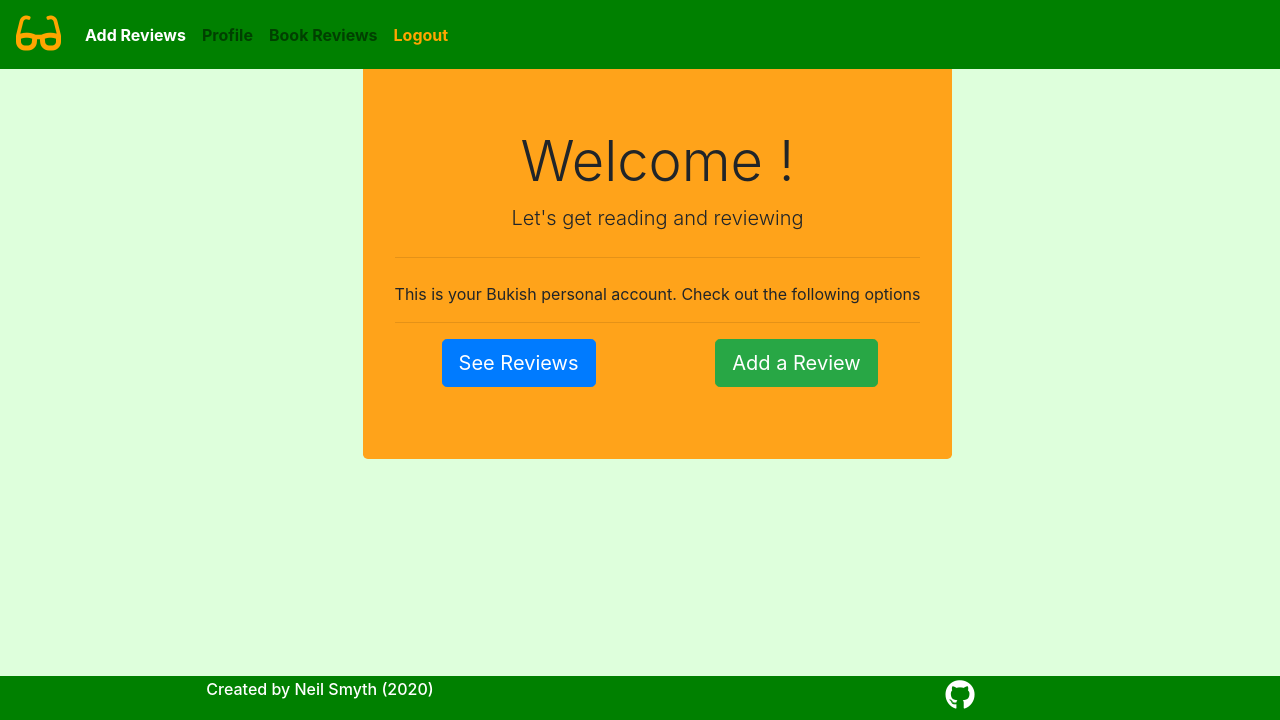
Repository: NeiloErnesto89/Data_Centric_Dev_Milestone_Project3
Page: templates/bio.html
The author's editor kept a record of every edit. The page is drawn from the files as they stood at one moment, then again after the next edit.
The browser window is 1280 px wide. The pictures show the whole page.
Some web libraries are served in a nearby version. The template is drawn by Flask 3. The application's start-up code is not run. Other server files are loaded and not shown. The template is opened directly, without the code that normally fills it, so the values that code supplies are empty.

Above is the page before.

### templates/bio.html
{% extends 'base.html' %}

<!--NavBar with Burger Icon-->
{% block navbar %}
<header class="nav-container">
    <nav class="navbar navbar-expand-lg navbar-light mb-1 text-center fixed-top">
        <a class="navbar-brand" data-target="#modalPopUp" data-toggle="modal"><i class="fas fa-glasses" style="font-size:40px;color:orange;"></i></a>
        <button class="navbar-toggler" type="button" data-toggle="collapse" data-target="#navbarTogglerDemo02" aria-controls="navbarTogglerDemo02" aria-expanded="false" aria-label="Toggle navigation">
                                <span class="navbar-toggler-icon"></span>
                              </button>
        <div class="collapse navbar-collapse" id="navbarTogglerDemo02">
            <ul class="navbar-nav mr-auto mt-0 mt-lg-0">

                {% if user.username == None %}
                <li class="nav-item">
                    <a class="nav-link" href="{{ url_for('index') }}"><b>Home</b></a>
                </li>
                <li class="nav-item">
                    <a class="nav-link" href="{{ url_for('signup') }}"><b>Sign Up</b></a>
                </li>
                <li class="nav-item">
                    <a class="nav-link" href="{{ url_for('login') }}"><b>Login</b></a>
                </li>

                {% elif user.username == 'admin' %}

                <li class="nav-item">
                    <a class="nav-link" style="color:white;" href="{{ url_for('admin') }}"><b>Admin</b></a>
                </li>
                <li class="nav-item">
                    <a class="nav-link" href="{{ url_for('all_comments') }}"><b>Internal Notes</b></a>
                </li>
                <li class="nav-item">
                    <a class="nav-link" href="{{ url_for('bio') }}"><b>Profile</b></a>
                </li>
                <li class="nav-item">
                    <a class="nav-link" href="{{ url_for('all_reviews') }}"><b>All Reviews</b></a>
                </li>

                <div>
                    <li class="nav-item">
                        <a class="nav-link" style="color:orange;" href="{{ url_for('logout') }}"><b>Logout</b></a>
                    </li>
                </div>

                {% else %}
                <li class="nav-item">
                    <a class="nav-link" style="color:white;" href="{{ url_for('review_page') }}"><b>Add Reviews</b></a>
                </li>
                <li class="nav-item">
                    <a class="nav-link" href="{{ url_for('bio') }}"><b>Profile</b></a>
                </li>
                <li class="nav-item">
                    <a class="nav-link" href="{{ url_for('all_reviews') }}"><b>Book Reviews</b></a>
                </li>
                <li class="nav-item">
                    <a class="nav-link" style="color:orange;" href="{{ url_for('logout') }}"><b>Logout</b></a>
                </li>
                {% endif %}



            </ul>
        </div>
    </nav>
</header>
{% endblock navbar %} {% block content %}
<div class="container-fluid">
    <div class="row justify-content-center">
        <div class="jumbotron text-center mt-3">
            <h1 class="display-4">Welcome {{ user.username }} !</h1>
            <p class="lead">
                Let's get reading and reviewing
            </p>
            <hr class="my-4">
            <p>This is your Bukish personal account. Check out the following options</p>
            <hr>
            <div class="row">
                <div class="col-sm-6">

                    <div class="text-center mb-2">
                        <a class="btn btn-primary btn-lg" href="{{ url_for('all_reviews') }}" role="button">See Reviews </a>
                    </div>
                </div>

                <div class="col-sm-6">
                    <div class="text-center mb-2">
                        <a class="btn btn-success btn-lg" href="{{ url_for('review_page') }}" role="button">Add a Review </a>
                    </div>
                </div>
            </div>

            <!--
            <hr>
            <div class="text-center">
                <a class="btn btn-danger btn-lg" href="{{ url_for('logout') }}" role="button">Logout! </a>
            </div>
            -->
        </div>

    </div>
</div>
{% endblock %}

### templates/base.html
<!DOCTYPE html>
<html lang="en">

<head>
    <meta charset="UTF-8">
    <meta name="viewport" content="width=device-width, initial-scale=1.0">
    <meta http-equiv="X-UA-Compatible" content="ie=edge">

    <title>Book Reviews</title>

    <!-- Bootstrap -->
    <link rel="stylesheet" href="https://stackpath.bootstrapcdn.com/bootstrap/4.3.1/css/bootstrap.min.css" integrity="sha384-ggOyR0iXCbMQv3Xipma34MD+dH/1fQ784/j6cY/iJTQUOhcWr7x9JvoRxT2MZw1T" crossorigin="anonymous">

    <!-- Google Font-->

    <link href="https://fonts.googleapis.com/css?family=Montserrat:400,700" rel="stylesheet">

    <!-- Font Awesome-->

    <link rel="stylesheet" href="https://use.fontawesome.com/releases/v5.7.2/css/all.css" integrity="sha384-fnmOCqbTlWIlj8LyTjo7mOUStjsKC4pOpQbqyi7RrhN7udi9RwhKkMHpvLbHG9Sr" crossorigin="anonymous">

    <link rel="stylesheet" href="https://cdnjs.cloudflare.com/ajax/libs/font-awesome/4.7.0/css/font-awesome.min.css">

    <!-- CSS -->

    <link rel="stylesheet" href="{{url_for('static', filename='css/style.css')}}" type="text/css" />


</head>

<body>

<div class="cover-container d-flex mx-auto flex-column">

            <!--NavBar with Burger Icon-->
        {% block navbar %}
        <header class="nav-container">
            <nav class="navbar navbar-expand-lg navbar-light mb-1 text-center fixed-top">
                <a class="navbar-brand" href="{{ url_for('index') }}" data-target="#modalPopUp" data-toggle="modal"><i class="fas fa-glasses" style="font-size:40px;color:orange;"></i></a>
                <button class="navbar-toggler" type="button" data-toggle="collapse" data-target="#navbarTogglerDemo02" aria-controls="navbarTogglerDemo02" aria-expanded="false" aria-label="Toggle navigation">
                                <span class="navbar-toggler-icon"></span>
                              </button>
                <div class="collapse navbar-collapse" id="navbarTogglerDemo02">
                    <ul class="navbar-nav mr-auto mt-0 mt-lg-0">


                        <li class="nav-item">
                            <a class="nav-link" href="{{ url_for('index') }}"><b>Home</b></a>
                        </li>
                        <li class="nav-item">
                            <a class="nav-link" href="{{ url_for('signup') }}"><b>Sign Up</b></a>
                        </li>
                        <li class="nav-item">
                            <a class="nav-link" href="{{ url_for('login') }}"><b>Login</b></a>
                        </li>

                    </ul>
                </div>
            </nav>
        </header>
        {% endblock navbar %}


					<div id="messages">
						{% with messages = get_flashed_messages() %}
						{% if messages %}
						{% for message in messages %}
						<p class="text-center">{{ message }}</p>
						{% endfor %}
						{% endif %}
						{% endwith %}
					</div>
				</div>
			</div>

        <hr>

    <div class="container mt-5 mb-5">
            {% block content %}
            {% endblock %}
    </div>

    <hr>

        <!--FOOTER -->

        <div class="footer container-fluid">
            <div class="row justify-content-center">
                <div class="text-center col-xs-12 col-sm-6 mt-1 mb-2">

                    <h6>Created by Neil Smyth (2020)</h6>

                </div>
                <div class="text-center col-xs-12 col-sm-6 mt-1 mb-2">

                    <a href="https://github.com/NeiloErnesto89" target="_blank "><i class="fab fa-github" style="font-size:30px; color:white; "></i></a>

                </div>
            </div>
        </div> <!-- footer container-->

</div>    <!--Cover Container -->

    <!-- JQuery -->
    <script src="https://cdnjs.cloudflare.com/ajax/libs/jquery/3.2.1/jquery.min.js"></script>

    <!-- Bootstrap JS-->

    <script src="https://code.jquery.com/jquery-3.3.1.slim.min.js" integrity="sha384-q8i/X+965DzO0rT7abK41JStQIAqVgRVzpbzo5smXKp4YfRvH+8abtTE1Pi6jizo" crossorigin="anonymous"></script>
    <script src="https://cdnjs.cloudflare.com/ajax/libs/popper.js/1.14.7/umd/popper.min.js" integrity="sha384-UO2eT0CpHqdSJQ6hJty5KVphtPhzWj9WO1clHTMGa3JDZwrnQq4sF86dIHNDz0W1" crossorigin="anonymous"></script>
    <script src="https://stackpath.bootstrapcdn.com/bootstrap/4.3.1/js/bootstrap.min.js" integrity="sha384-JjSmVgyd0p3pXB1rRibZUAYoIIy6OrQ6VrjIEaFf/nJGzIxFDsf4x0xIM+B07jRM" crossorigin="anonymous"></script>

    <!-- JS File -->

    <script src="{{url_for('static', filename='js/script.js')}}"></script>


    <!--  <script type="text/javascript">
        $(document).ready(function() {
            $('.collapsible').collapsible();
        });
    </script>  -->
</body>

</html>

### static/css/style.css
body {
  background-color: #DEFFDC;
  display: flex;
 /* margin: 0; */
}

/*.cover-container {
  min-height: 100vh;
  padding-top: 70px;
  background-size: cover;
  align-items: center;
  justify-content: center;
  position: relative;
  overflow-x: hidden;
*/
  /*.nav-container {
    position: fixed;
    width: 100%;
    z-index: 1;
    top: 0;
    left: 0;
    padding-left: 0;
    padding-right: 0;
    margin-left: 0;
    margin-right: 0;
  } */

  .navbar {
    background-color: green;
  }

  .jumbotron {
    background-color: #ffa31a;
    margin-right: 3rem;
    margin-left: 3rem;
  }

  /* Paginate Button on All Reviews.html (taken from w3 schools*/
  .paginate {
    display: inline-block;
  }

  .paginate a {
    color: black;
    float: left;
    padding: 8px 16px;
    text-decoration: none;
    margin: 15px;
  }

  .paginate a.active {
    background-color: #4CAF50;
    color: white;
    border-radius: 5px;
  }

  .paginate a:hover:not(.active) {
    background-color: #ddd;
    border-radius: 5px;
  }

  /* all_reviews.html - book review cards*/
  .card {
    margin: 5px;
    border: 8px solid rgb(5, 187, 5);
    border-radius: 3rem;
  }

  /* Card Image */
  /*
  .card-img-top {
    width: 100%;
    height: 15vw;
    object-fit: cover;
}
  */

  /* MODAL */

  .modal {
    color: black;
    background-color: rgb(204, 255, 204, 0.8);
}

.modal-header {

    background-color: rgb(204, 255, 204);
    opacity: 0.8;

}

.modal-title {
    font-size: 34px;
    font-weight: bold;
    text-align: center;
    margin-left: 45px;
    padding: 5px;
    text-decoration: underline;
}


.modal-body {
    font-size: 15px;
    font-weight: bold;
    color: white;
    background-color: rgb(0, 153, 51);
    opacity: 0.8;
    text-align: center;
}

.modal-footer {
    background-color: rgb(204, 255, 204);
    opacity: 0.8;
}

.modal-header .close {
    margin: -10px;
}


  .footer {
    position: fixed;
    left: 0;
    bottom: 0;
    width: 100%;
    background-color: green;
    color: white;
    text-align: center;
  }

### static/js/script.js
/*$(document).ready(function() {

    $('#popUpModal').modal('show');
}); */

$(function () {
  $('[data-toggle="tooltip"]').tooltip()
})

After the next edit:
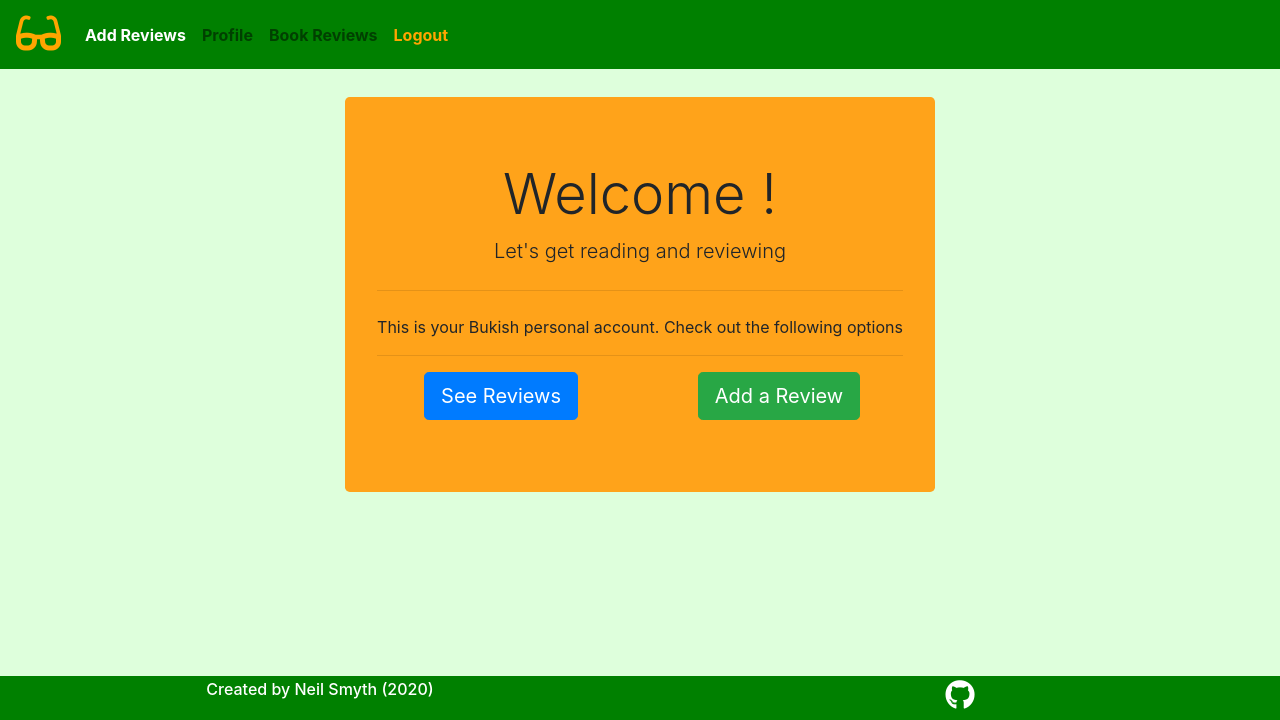
The edit:
--- a/templates/base.html
+++ b/templates/base.html
@@ -70,8 +70,6 @@
 						{% endif %}
 						{% endwith %}
 					</div>
-				</div>
-			</div>
 
         <hr>
 
